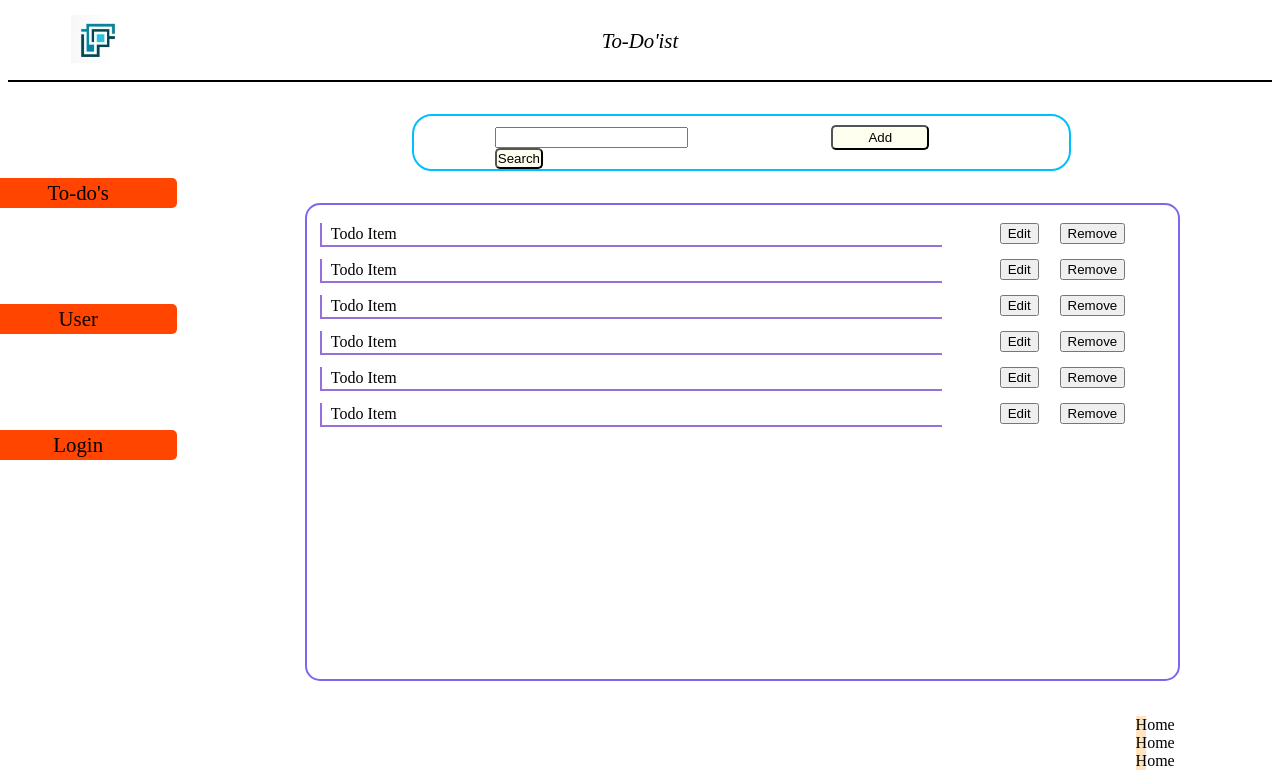
Repository: tavisca-pkadam/Todo-Website
Page: home.html
The author's editor kept a copy of each file at every save. The page is drawn from the files as they stood at one save, then again after the next save.
The browser window is 1280 px wide. The pictures show the whole page.

Above is the page before, as saved 2019-08-20 09:02:37.

### home.html
<!DOCTYPE html>
<html>
  <head>
    <meta charset="utf-8" />
    <meta http-equiv="X-UA-Compatible" content="IE=edge" />
    <title>Page Title</title>
    <meta name="viewport" content="width=device-width, initial-scale=1" />
    <link rel="stylesheet" type="text/css" media="screen" href="main.css" />

    <link rel="import" href="components/header.html" />

    <!-- <script src='main.js'></script> -->
  </head>
  <body>
    <div id="head" class="header">
      <img id="company_logo" src="src/logo.jpg" width="5%" />
      <p id="todo_header"><i>To-Do'ist</i></p>
    </div>


    <div id="side_nav">
      <div id="side_todo"  class="side_btn">
        To-do's
      </div>
      <div id="side_user" class="side_btn">
        User
      </div>
      <div id="side_login" class="side_btn">
        Login
      </div>
    </div>
    <div id="todo_content">
        <div id="todo_content_head">
            <div id="todo_content_search">
                <input type="text" style="padding-right:10px">
                <button class="search_button">Search</button>
            </div>
            <button id="todo_content_add" class="search_button">Add</button>
        </div>
        <div id="todo_list">
            <div class="todo_item">
                <div class="todo_detail">
                        Todo Item
                </div>
                <button class="todo_edit_btn">Edit</button>
                <button>Remove</button>
            </div>
            <div class="todo_item">
                <div class="todo_detail">
                        Todo Item
                </div>
                <button class="todo_edit_btn">Edit</button>
                <button>Remove</button>
            </div>
            <div class="todo_item">
                <div class="todo_detail">
                        Todo Item
                </div>
                <button class="todo_edit_btn">Edit</button>
                <button>Remove</button>
            </div>
            <div class="todo_item">
                <div class="todo_detail">
                        Todo Item
                </div>
                <button class="todo_edit_btn">Edit</button>
                <button>Remove</button>
            </div>
            <div class="todo_item">
                <div class="todo_detail">
                        Todo Item
                </div>
                <button class="todo_edit_btn">Edit</button>
                <button>Remove</button>
            </div>
            <div class="todo_item">
                <div class="todo_detail">
                        Todo Item
                </div>
                <button class="todo_edit_btn">Edit</button>
                <button>Remove</button>
            </div>
        </div>
    </div>
    <div class="link_btn">
        <div class_>Home</div>
        <div>Home</div>
        <div>Home</div>
    </div>
  </body>
</html>

### main.css
.header {
    /* background-color:gray; */
    position: relative;
    width: 100%;
    height: 10vh;
    margin:0%;
    border-bottom: 2px double black;
}

#company_logo {
    position: absolute;
    left: 5%;
    width: 4%;
    margin-top: 1vh;
}

#todo_header {
    font-size: 1.3em;
    font-style: oblique;
    font-stretch: expanded;
    position: absolute;
    width: 100%;
    text-align: center;

    /* right: 45%; */
}

#side_nav {
    position: fixed;
    width: 15%;
    /* background-color: aquamarine; */
    height: 88vh;
}

.side_btn {
    left:-15%;
    text-align: center;
    width: 100%;
    position: relative;
    background-color: orangered;
    margin-top: 50%;
    font-size: 1.3rem;
    border-radius: 5px;
    padding: 3px;
}


#todo_content {
    position: relative;
    left: 15%;
    width:85%;
    /* background-color: aquamarine; */
    height: 88vh;
}

#todo_content_head {
    border: 1px;
    position: relative;
    /* background-color: deepskyblue; */
    padding: 5px;
    width: 60%;
    height: 6vh;
    border-radius: 20px;
    left: 20%;
    top: 5%;

    border-width: 2px;
    border-style: solid;
    border-color: deepskyblue;
}

.search_button{
    text-align: center;
    background-color: ivory;
    border-radius: 5px;
    padding: 0.5%;

}

#todo_content_search{
    position: absolute;
    /* background-color: darksalmon; */
    padding: 0.5%;
    margin-left:4%;
    padding-left: 2%;
    padding-right: 4%;
    left: 5vw;
    border-radius: 10px;
    /* border-width: 1px; */
    /* border-style: solid; */
    margin: 3px;

    border-color: blue;

}
#todo_content_add {
    position: absolute;
    background-color: ivory;
    left: 30vw;
    /* top: 10px; */
    width: 15%;
    margin: 4px;
    margin-left: 5%;
}


#todo_list {
    /* background-color: mediumslateblue; */
    position: relative;
    width: 80%;
    left: 10%;
    top: 10%;
    height: 65vh;
    border-radius: 15px;
    padding:3px;
    padding-left: 8px;


    border-width: 2px;
    border-style: solid;
    border-color: mediumslateblue;
}

.todo_item{
    margin:5px;
    margin-top: 15px;
}

.todo_edit_btn{
    margin-left: 80%;
    margin-right: 2%;
}

.todo_detail{
    width: 70%;

    position: absolute;
    padding: 2px;
    padding-left: 1%;

    border-bottom: 6px solid;
    border-left: 6px solid;
    border-width: 2px;
    border-color: mediumpurple;
    }

.link_btn{
        width: 10px;
        background-color: bisque;
        float: right;
        margin-right: 10%;

}

After the next save:
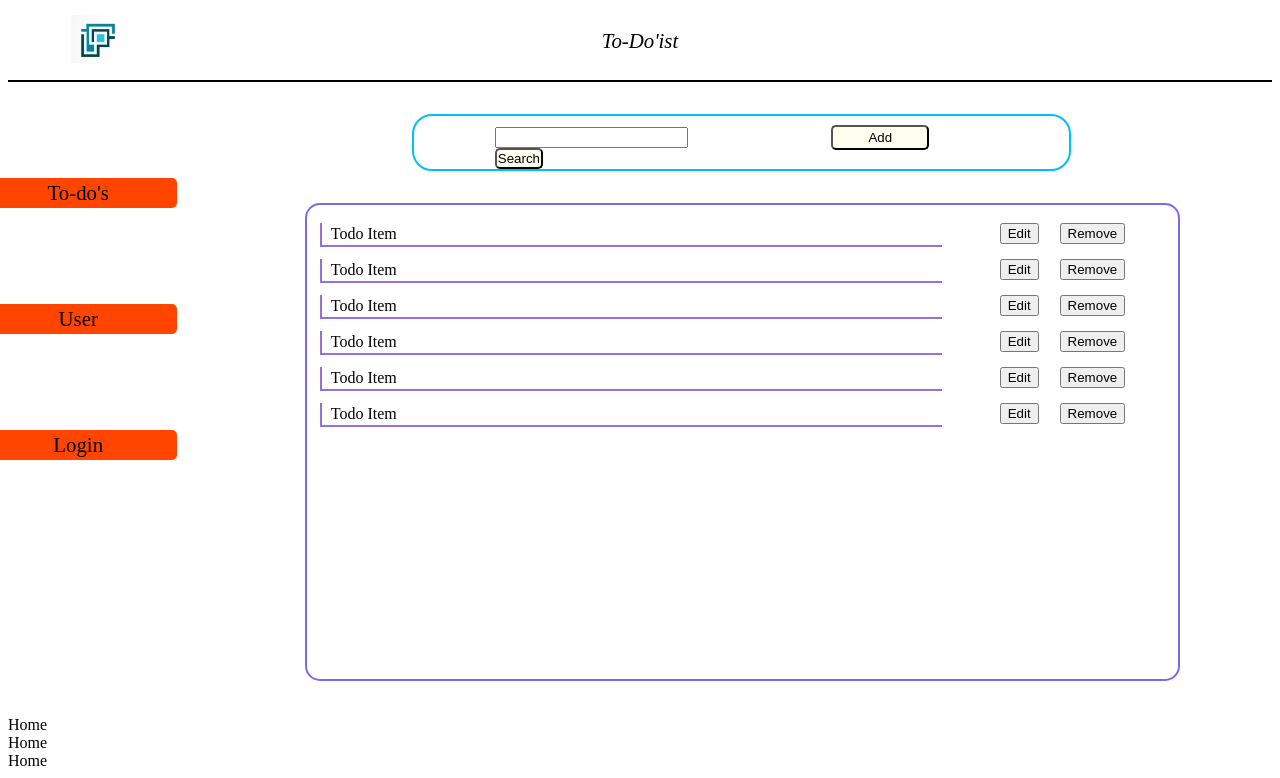
Saved 4 s later.
--- a/home.html
+++ b/home.html
@@ -82,7 +82,7 @@
             </div>
         </div>
     </div>
-    <div class="link_btn">
+    <div class="links">
         <div class_>Home</div>
         <div>Home</div>
         <div>Home</div>

After the save that followed:
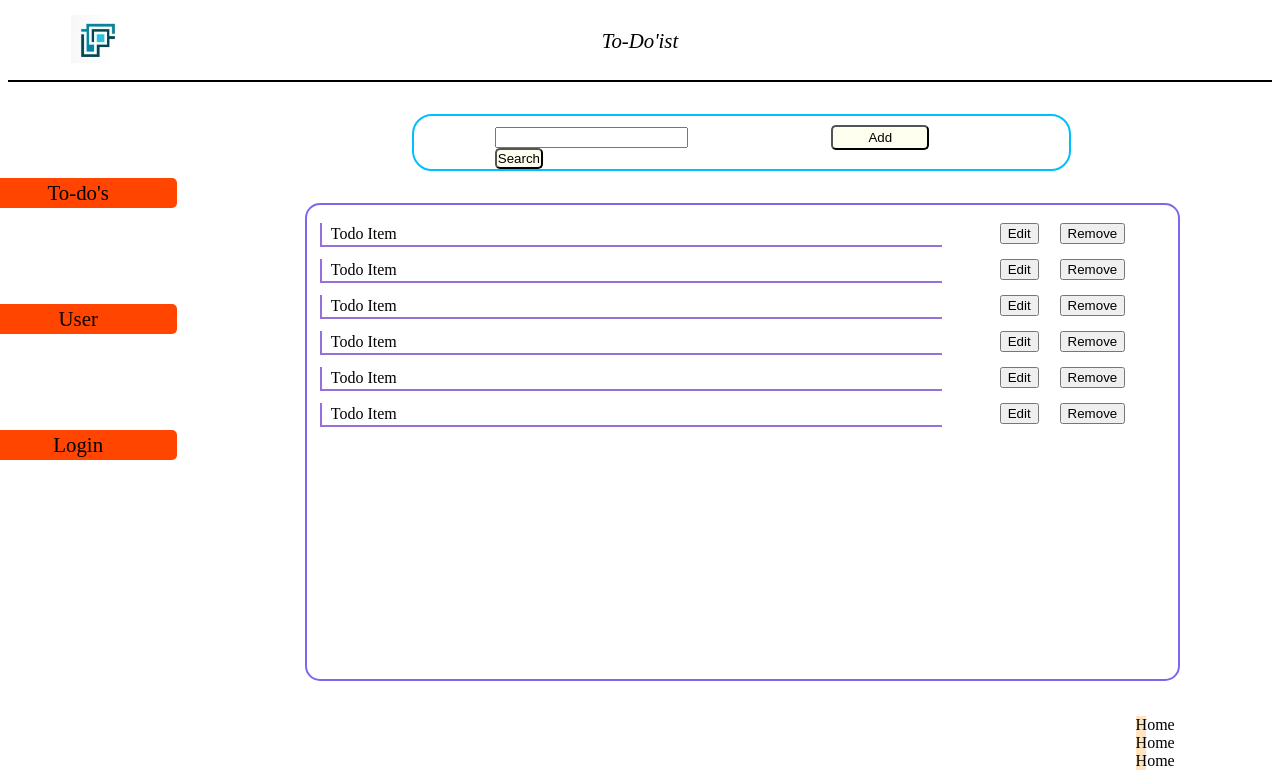
Saved 4 s later.
--- a/main.css
+++ b/main.css
@@ -144,7 +144,7 @@
     border-color: mediumpurple;
     }
 
-.link_btn{
+.links{
         width: 10px;
         background-color: bisque;
         float: right;
